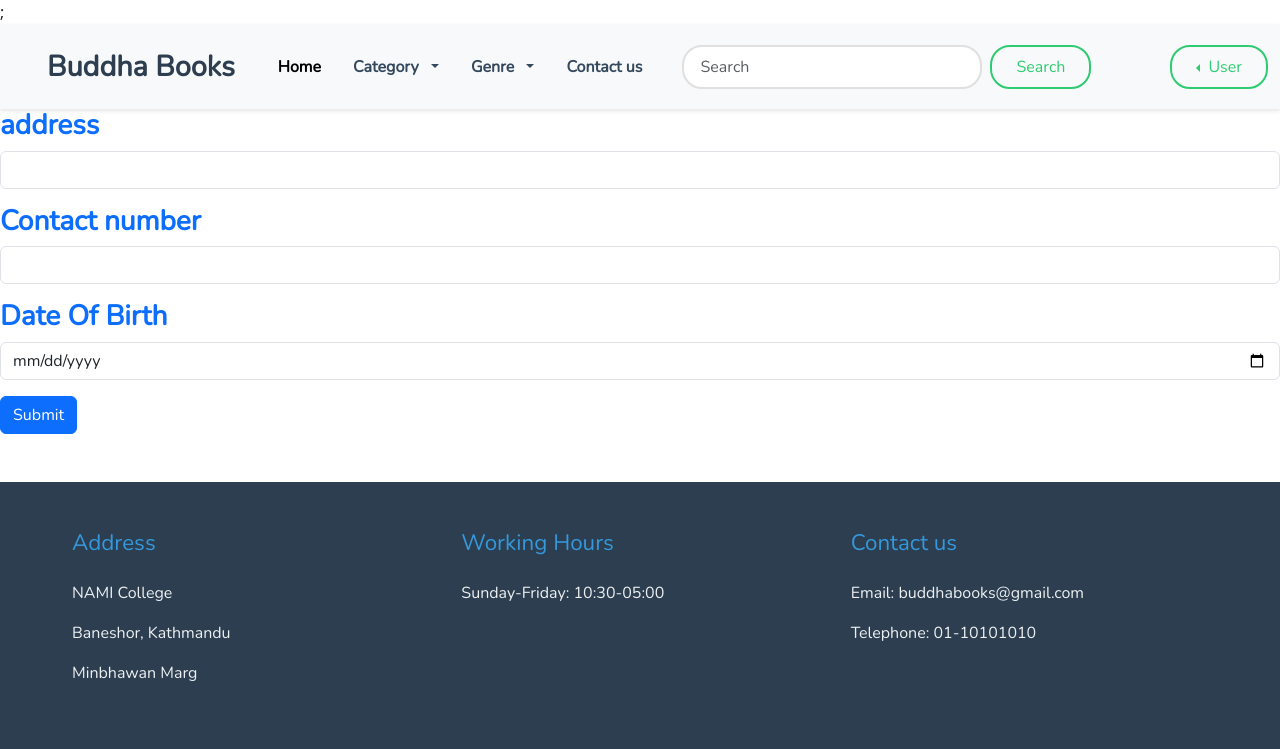
Repository: Shuprawal/Library-Management-System
Page: resources/views/addProfile.blade.php
These files come from the project's save history. The page is drawn as it stood at one moment and after the next save; the edit follows.
The browser window is 1280 px wide. The pictures show the whole page.
Some web libraries are served in a nearby version. The page is served by the project's Laravel application, run on PHP 8.4 with Laravel 12. Other server files are loaded and not shown. The database holds what the project's SQL file puts in it. The template is opened directly, without the code that normally fills it, so the values that code supplies are empty.

Above is the page before, as saved 2024-12-29 12:44:28.

### app/Providers/AppServiceProvider.php
<?php

namespace App\Providers;

use App\Models\Publisher;
use Illuminate\Support\ServiceProvider;
use Illuminate\Support\Facades\View;
use App\Models\Genre;
use App\Models\Author;
use App\Models\Book;
class AppServiceProvider extends ServiceProvider
{
    /**
     * Register any application services.
     */
    public function register(): void
    {
        //
    }

    /**
     * Bootstrap any application services.
     */
    public function boot(): void
    {
        //
        View::composer(['kitab', 'allbooklist', 'layouts.try'], function ($view) {
            $view->with('genres', Genre::all());
        });

        View::composer(['kitab', 'allbooklist', 'layouts.try'], function ($view) {
            $view->with('authors', Author::all());
        });

        View::composer(['kitab', 'allbooklist', 'layouts.try'], function ($view) {
            $view->with('publishers', Publisher::all());
        });

        View::composer(['list', 'index'], function ($view) {
            $view->with('books', Book::with(['authors', 'genres', 'publisher'])->get());
        });


        // View::composer('book', function ($view) {
        //     $view->with('book', function () {
        //         // Retrieve the book ID from the route
        //         $id = request()->route('id');

        //         // Fetch the book along with related models
        //         return Book::with(['authors', 'genres', 'publisher'])->findOrFail($id);
        //     });
        // });
        // public function index()
        // {
        //     $books = Book::with(['authors', 'genres', 'publisher'])->get();
        //     return view('allbooklist', compact('books'));
        // }
    }
}

### routes/web.php
<?php
use App\Http\Controllers\BookController;
use App\Http\Controllers\AuthorController;
use App\Http\Controllers\PublisherController;
use App\Http\Controllers\ProfileController;
use App\Http\Controllers\GenreController;
use Illuminate\Support\Facades\Route;
use Illuminate\Support\Facades\Auth;
use Laravel\Jetstream\Http\Controllers\Inertia\UserProfileController;

Route::get('/login', function () {
    return view('login');
})->name('login');

Route::get('/data', function () {
    return view('data');
});

Route::middleware([
    'auth:sanctum',
    config('jetstream.auth_session'),
    'verified',
])->group(function () {
    Route::get('/dashboard', function () {
        return view('dashboard');
    })->name('dashboard');
});

Route::get('/new', function () {
    return view('new');
});

Route::get('/', function () {
    return view('index');
})->name('home');



Route::get('/allist', function () {
    return view('authorlist');
})->name('authorlist');

Route::get('/addauthor', function () {
    return view('author.addauthor');
});


Route::get('/book', function () {
    return view('book');
})->name('book');

Route::get('/book2', function () {
    return view('book2');
})->name('book2');

Route::get('/booklist', function () {
    return view('booklist');
});

Route::get('/add', function () {
    return view('add');
});

Route::get('/addbook', function () {
    return view('addbook');
});

Route::get('/kitab', function () {
    return view('kitab');
})->name('kitab');

Route::get('/addmore', function () {
    return view('addmore');
});

Route::get('/addgenre', function () {
    return view('addgenre');
});

Route::get('/addpublisher', function () {
    return view('addpublisher');
});

Auth::routes();

// Route::get('/home', [App\Http\Controllers\HomeController::class, 'index'])->name('index');

// Route ::get('addpublisher',[PublisherController::class, 'index'])->name('publisher.index');
// Route ::get('addpublisher',[PublisherController::class, 'create'])->name('publisher.create');
// Route ::post('pulish',[PublisherController::class, 'store'])->name('publisher.store');


// Display a list of publishers (index)
Route::get('publishers', [PublisherController::class, 'index'])->name('publisher.index');

// Display the form to add a publisher (create)
Route::get('addpublisher', [PublisherController::class, 'create'])->name('publisher.create');

// Store the new publisher (store)
Route::post('addpublisher', [PublisherController::class, 'store'])->name('publisher.store');
Route::post('addpublisher', [PublisherController::class, 'store'])->name('publisher.store');
Route::post('kitab', [BookController::class, 'store'])->name('book.store');






Route::get('genres', [GenreController::class, 'index'])->name('genre.index');


Route::get('addgenre', [GenreController::class, 'create'])->name('genre.create');


Route::post('addgenre', [GenreController::class, 'store'])->name('genre.store');

// Route::get('/books/{genre}', [BookController::class, 'listByGenre'])->name('booklist');




Route::get('authors', [AuthorController::class, 'index'])->name('author.index');


Route::get('addauthor', [AuthorController::class, 'create'])->name('author.create');


Route::post('addauthor', [AuthorController::class, 'store'])->name('author.store');




Route::get('books', [BookController::class, 'index'])->name('book.index');


Route::get('kitab', [BookController::class, 'create'])->name('book.create');


Route::post('kitab', [BookController::class, 'store'])->name('book.store');

// Route::post('/kitab', [BookController::class, 'store']);

Route::get('/addNewBook',function(){
    return view('addNewBook');
})->name('new');


Route::get('/list', function () {
    return view('list');
})->name('list');


// Route::get('/booklist', function () {
//     return view('booklist');
// })->name('booklist');

Route::get('authorlist', [AuthorController::class, 'index'])->name('authorlist');
Route::delete('autorlist/{id}', [AuthorController::class, 'destroy'])->name('delete_author');

Route::get('genrelist', [GenreController::class, 'index'])->name('genrelist');
Route::delete('genrelist/{id}', [GenreController::class, 'destroy'])->name('delete_genre');

Route::get('publisherlist', [PublisherController::class, 'index'])->name('publisherlist');
Route::delete('publisher/{id}', [PublisherController::class, 'destroy'])->name('delete_publisher');


Route::get('allbooklist', [BookController::class, 'index'])->name('allbooklist');
Route::delete('allbooklist/{id}', [BookController::class, 'destroy'])->name('delete_book');

Route::get('/book/{id}', [BookController::class, 'show'])->name('book');


 Route::post('/publisherEdit/{id}', [PublisherController::class, 'edit'])->name('publisher_edit');


Route::get('/publisherEdit/{id}', [PublisherController::class, 'edit'])->name('publisher_edit');
Route::put('/publisherEdit/{id}', [PublisherController::class, 'update'])->name('publisher_update');



Route::post('/authorEdit/{id}', [AuthorController::class, 'edit'])->name('author_edit');


Route::get('/authorEdit/{id}', [AuthorController::class, 'edit'])->name('author_edit');
Route::put('/authorEdit/{id}', [AuthorController::class, 'update'])->name('author_update');


Route::post('/genreEdit/{id}',[GenreController::class,'edit'])->name('genre_edit');
Route::get('/genreEdit/{id}',[GenreController::class,'edit'])->name('genre_edit');
Route::put('genreEdit/{id}',[GenreController::class,'update'])->name('genre_update');

Route::get('bookEdit/{id}',[BookController::class,'edit'])->name('book_edit');
Route::post('bookEdit/{id}',[BookController::class,'edit'])->name('book_edit');
Route::put('bookEdit/{id}',[BookController::class,'update'])->name('book_update');

 Route::get('booklist/{id}',[BookController::class,'getBooksByGenre'])->name('booklist');







//  show profile

Route::middleware('auth')->group(function(){

    Route::get('profile',[ProfileController::class,'show'])->name('showProfile');
    Route::get('addprofile',[ProfileController::class,'create'])->name('profilecreate');
});

### resources/views/addProfile.blade.php
@extends('layouts.try');
@section('hom-body')
<h3 class="fw-bold text-primary >Create Profile</h3>
<form action="{{route('profilecreate')}}" method="Post" class="m-3 p-5">
@csrf

  <div class="mb-3">
    <label for="exampleAddress" class="form-label">address</label>
    <input type="text" class="form-control" id="exampleInputAddress1">

  </div>
  <div class="mb-3">
    <label for="exampleInputContact" class="form-label">Contact number</label>
    <input type="text" class="form-control" id="exampleInputContact1">
  </div>

  <div class="mb-3">
    <label for="exampleInputDOB" class="form-label">Date Of Birth</label>
    <input type="date" class="form-control" id="exampleInputDOB">
  </div>

  <button type="submit" class="btn btn-primary">Submit</button>

</form>
@endsection

### app/Models/Genre.php
<?php

namespace App\Models;

use Illuminate\Database\Eloquent\Model;

class Genre extends Model
{
    protected $fillable = ['name'];

    public function books() {
        return $this->belongsToMany(Book::class, 'book_genres', 'genre_id', 'book_id');
    }
}

### app/Models/Author.php
<?php

namespace App\Models;

use Illuminate\Database\Eloquent\Model;

class Author extends Model
{
    protected $fillable = ['name'];

    // In Author Model
    public function books() {
        return $this->belongsToMany(Book::class, 'book_authors', 'authorID', 'bookID');
    }



}

### app/Models/Publisher.php
<?php

namespace App\Models;

use Illuminate\Database\Eloquent\Model;

class Publisher extends Model
{
    protected $fillable = ['name'];

    public function books() {
        return $this->hasMany(Book::class, 'publisherID','id');
    }
}

### library management system database.sql (the tables this page reads)
CREATE TABLE `authors` (
  `id` bigint(20) UNSIGNED NOT NULL,
  `name` varchar(255) NOT NULL,
  `created_at` timestamp NULL DEFAULT NULL,
  `updated_at` timestamp NULL DEFAULT NULL
) ENGINE=InnoDB DEFAULT CHARSET=utf8mb4 COLLATE=utf8mb4_unicode_ci;

INSERT INTO `authors` (`id`, `name`, `created_at`, `updated_at`) VALUES
(1, 'ram', '2024-12-23 05:53:07', '2024-12-23 05:53:07'),
(2, 'showan', '2024-12-23 05:53:38', '2024-12-23 05:53:38'),
(4, 'Nishan', '2024-12-23 06:12:34', '2024-12-23 06:12:34'),
(7, 'author one two', '2024-12-26 06:05:45', '2024-12-27 19:07:31'),
(8, 'Jane Austen', '2024-12-26 08:37:50', '2024-12-26 08:37:50'),
(9, 'Harper Lee', '2025-01-04 03:07:21', '2025-01-04 03:07:21'),
(10, 'Harold Bloom', '2025-01-04 03:16:23', '2025-01-04 03:16:23'),
(11, 'Sylvia Plath', '2025-01-04 03:23:03', '2025-01-04 03:23:03'),
(12, 'Don DeLillo', '2025-01-04 03:30:40', '2025-01-04 03:30:40'),
(13, 'Kazuo Ishiguro', '2025-01-04 03:41:48', '2025-01-04 03:41:48'),
(14, 'Hilary Mantel', '2025-01-04 03:48:40', '2025-01-04 03:48:40'),
(15, 'Marilynne Robinson', '2025-01-04 04:29:46', '2025-01-04 04:29:46'),
(16, 'Chimamanda Ngozi Adichie', '2025-01-04 04:37:14', '2025-01-04 04:37:14'),
(17, 'Buddhi Sagar', '2025-01-04 04:43:20', '2025-01-04 04:43:20'),
(18, 'Sudheer Sharma', '2025-01-04 04:49:10', '2025-01-04 04:49:10'),
(19, 'Thaddeus Kertzmann', '2025-01-05 00:06:17', '2025-01-05 00:06:17'),
(20, 'Marilie Wilkinson', '2025-01-05 00:06:17', '2025-01-05 00:06:17'),
(21, 'Rusty Johns', '2025-01-05 00:06:17', '2025-01-05 00:06:17'),
(22, 'Gunnar Lueilwitz', '2025-01-05 00:06:17', '2025-01-05 00:06:17'),
(23, 'Valentine Schowalter', '2025-01-05 00:06:17', '2025-01-05 00:06:17'),
(24, 'Henry Ortiz IV', '2025-01-05 00:06:17', '2025-01-05 00:06:17'),
(25, 'Edwina Schinner', '2025-01-05 00:06:17', '2025-01-05 00:06:17'),
(26, 'Jalon Johnson', '2025-01-05 00:06:17', '2025-01-05 00:06:17'),
(27, 'Kattie Lubowitz', '2025-01-05 00:06:17', '2025-01-05 00:06:17'),
(28, 'Dr. Forrest Rau', '2025-01-05 00:06:17', '2025-01-05 00:06:17'),
(29, 'Prof. Ian Hahn MD', '2025-01-05 00:06:17', '2025-01-05 00:06:17'),
(30, 'Mylene Gutmann', '2025-01-05 00:06:17', '2025-01-05 00:06:17'),
(31, 'Jamison Erdman III', '2025-01-05 00:06:17', '2025-01-05 00:06:17'),
(32, 'Jimmie Rohan', '2025-01-05 00:06:17', '2025-01-05 00:06:17'),
(33, 'Mr. Merritt Willms MD', '2025-01-05 00:06:17', '2025-01-05 00:06:17');

ALTER TABLE `authors`
  ADD PRIMARY KEY (`id`);

ALTER TABLE `authors`
  MODIFY `id` bigint(20) UNSIGNED NOT NULL AUTO_INCREMENT, AUTO_INCREMENT=34;

CREATE TABLE `genres` (
  `id` bigint(20) UNSIGNED NOT NULL,
  `name` varchar(255) NOT NULL,
  `created_at` timestamp NULL DEFAULT NULL,
  `updated_at` timestamp NULL DEFAULT NULL
) ENGINE=InnoDB DEFAULT CHARSET=utf8mb4 COLLATE=utf8mb4_unicode_ci;

INSERT INTO `genres` (`id`, `name`, `created_at`, `updated_at`) VALUES
(3, 'Action', '2024-12-23 05:19:01', '2024-12-27 19:37:51'),
(5, 'comedy', '2024-12-24 17:54:38', '2024-12-24 17:54:38'),
(6, 'Fantasy', '2024-12-24 17:55:35', '2024-12-24 17:55:35'),
(7, 'Horror', '2024-12-24 17:56:06', '2024-12-24 17:56:06'),
(8, 'Science Fiction', '2024-12-24 17:56:37', '2024-12-24 17:56:37'),
(9, 'Thriller', '2024-12-24 17:56:55', '2024-12-24 17:56:55'),
(10, 'Mystery', '2024-12-24 17:57:08', '2024-12-24 17:57:08'),
(12, 'Romance', '2024-12-26 08:34:08', '2024-12-26 08:34:08'),
(13, 'Fiction', '2024-12-26 08:34:22', '2024-12-26 08:34:22'),
(14, 'Biography', '2024-12-28 06:43:40', '2025-01-05 06:57:52'),
(15, 'Novel', '2025-01-04 03:15:48', '2025-01-04 03:15:48');

ALTER TABLE `genres`
  ADD PRIMARY KEY (`id`);

ALTER TABLE `genres`
  MODIFY `id` bigint(20) UNSIGNED NOT NULL AUTO_INCREMENT, AUTO_INCREMENT=16;

CREATE TABLE `publishers` (
  `id` bigint(20) UNSIGNED NOT NULL,
  `created_at` timestamp NULL DEFAULT NULL,
  `updated_at` timestamp NULL DEFAULT NULL,
  `name` varchar(30) NOT NULL,
  `address` varchar(30) NOT NULL
) ENGINE=InnoDB DEFAULT CHARSET=utf8mb4 COLLATE=utf8mb4_unicode_ci;

INSERT INTO `publishers` (`id`, `created_at`, `updated_at`, `name`, `address`) VALUES
(1, '2024-12-21 04:33:17', '2025-01-05 06:52:00', 'Ram Publishers', 'kathmandu nepal'),
(2, '2024-12-21 04:41:55', '2025-01-05 06:52:34', 'New Publisher', 'kathmandu'),
(3, '2024-12-21 17:25:32', '2025-01-05 06:51:39', 'We Publish', 'kathmandu'),
(5, '2024-12-21 23:50:11', '2025-01-05 06:50:56', 'rama', 'atlanta'),
(6, '2024-12-21 23:50:31', '2025-01-05 06:51:16', 'hari', 'New York, United States'),
(10, '2024-12-26 04:18:17', '2024-12-26 04:18:17', 'pub one', 'atlanta'),
(12, '2024-12-26 08:36:18', '2024-12-26 08:36:18', 'Dover Publications', 'New York, United States'),
(13, '2025-01-04 03:06:46', '2025-01-04 03:06:46', 'Bibliomania', 'Egypt'),
(14, '2025-01-04 03:15:05', '2025-01-04 03:15:05', 'Infobase', 'New York, United States'),
(15, '2025-01-04 03:30:24', '2025-01-04 03:30:24', 'Viking Adult', 'United States'),
(16, '2025-01-04 03:41:30', '2025-01-04 03:41:30', 'Faber and Faber', 'United Kingdom'),
(17, '2025-01-04 03:49:05', '2025-01-04 03:49:05', 'Fourth Estate', 'United Kingdom'),
(18, '2025-01-04 04:30:34', '2025-01-04 04:30:34', 'Farrar Straus and Giroux', 'United States'),
(19, '2025-01-04 04:42:50', '2025-01-04 04:42:50', 'FinePrint Publication', 'Nepal'),
(20, '2025-01-04 04:50:07', '2025-01-04 04:50:07', 'Kitab Publishers', 'Kathmandu, Nepal'),
(21, '2025-01-05 00:28:20', '2025-01-05 00:28:20', 'Williamson Ltd', '6306 Goodwin Shoals Apt. 309\nL'),
(22, '2025-01-05 00:28:20', '2025-01-05 00:28:20', 'Labadie, Hermiston and Bins', '60562 Gaylord Street Suite 597'),
(23, '2025-01-05 00:28:20', '2025-01-05 00:28:20', 'Watsica Inc', '8086 Eulalia Orchard\nPort Alis'),
(24, '2025-01-05 00:28:20', '2025-01-05 00:28:20', 'Mann and Sons', '68884 O\'Keefe Point\nIgnatiusmo'),
(25, '2025-01-05 00:28:20', '2025-01-05 00:28:20', 'Hermiston Ltd', '2903 Kilback Street\nPadbergfur'),
(26, '2025-01-05 00:28:20', '2025-01-05 00:28:20', 'Kiehn, Steuber and Herzog', '848 Unique Locks Apt. 760\nEast'),
(27, '2025-01-05 00:28:20', '2025-01-05 00:28:20', 'Nicolas and Sons', '834 Effertz Pine Suite 736\nPet'),
(28, '2025-01-05 00:28:20', '2025-01-05 00:28:20', 'Maggio Group', '9788 Koss Mount Apt. 425\nVinni'),
(29, '2025-01-05 00:28:20', '2025-01-05 00:28:20', 'Erdman Inc', '770 Ariel Ranch Apt. 969\nUpton'),
(30, '2025-01-05 00:28:20', '2025-01-05 00:28:20', 'Hermiston, Cremin and O\'Keefe', '2780 Jazmyne Stravenue\nElfried'),
(31, '2025-01-05 00:28:20', '2025-01-05 00:28:20', 'Schimmel Ltd', '225 Stephanie Greens\nSouth Alt'),
(32, '2025-01-05 00:28:20', '2025-01-05 00:28:20', 'Kunze, Dach and Miller', '9410 Gertrude View\nEast Mathew');

ALTER TABLE `publishers`
  ADD PRIMARY KEY (`id`);

ALTER TABLE `publishers`
  MODIFY `id` bigint(20) UNSIGNED NOT NULL AUTO_INCREMENT, AUTO_INCREMENT=33;

Loaded but not shown: app/Http/Controllers/Auth/ConfirmPasswordController.php (common file); app/Http/Controllers/Controller.php (common file); resources/views/layouts/try.blade.php (469 lines, source omitted)

After the next save:
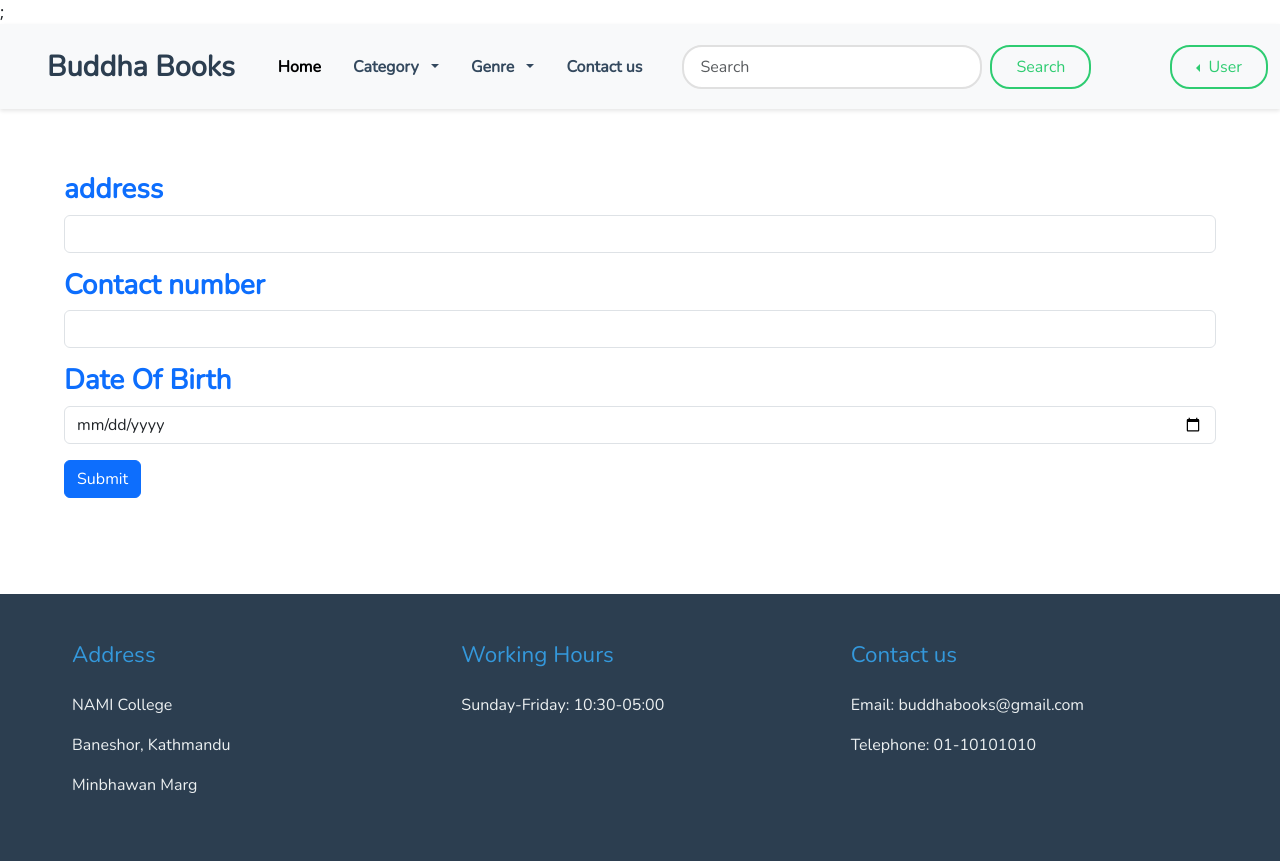
Saved 4 s later.
--- a/resources/views/addProfile.blade.php
+++ b/resources/views/addProfile.blade.php
@@ -1,6 +1,6 @@
 @extends('layouts.try');
 @section('hom-body')
-<h3 class="fw-bold text-primary >Create Profile</h3>
+<h3 class="fw-bold text-primary >Create Profile"</h3>
 <form action="{{route('profilecreate')}}" method="Post" class="m-3 p-5">
 @csrf
 

After the save that followed:
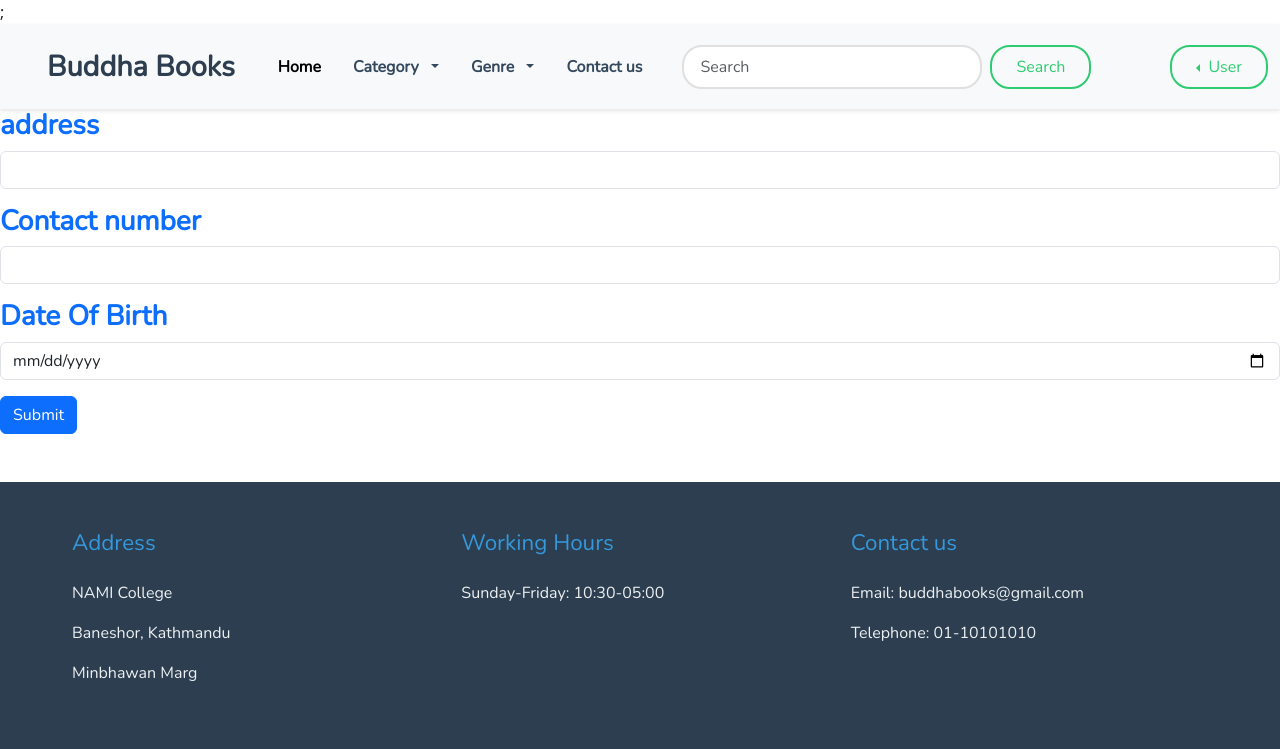
Saved 104 s later.
--- a/resources/views/addProfile.blade.php
+++ b/resources/views/addProfile.blade.php
@@ -1,6 +1,6 @@
 @extends('layouts.try');
 @section('hom-body')
-<h3 class="fw-bold text-primary >Create Profile"</h3>
+<h3 class="fw-bold text-primary >Create Profile</h3>
 <form action="{{route('profilecreate')}}" method="Post" class="m-3 p-5">
 @csrf
 
